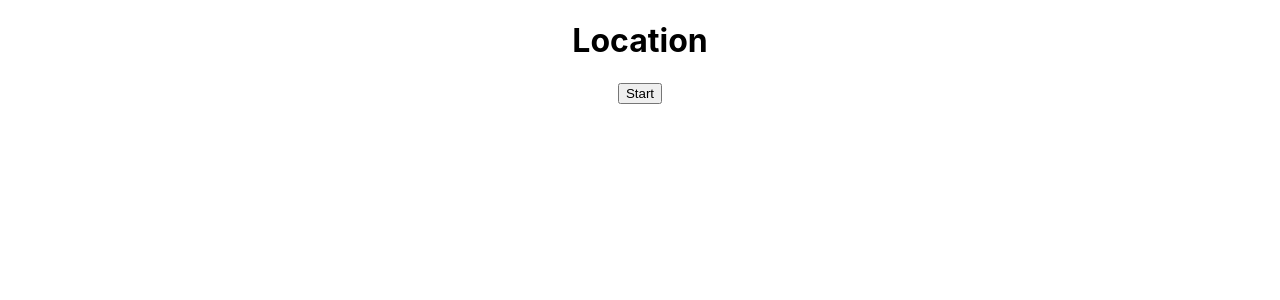
Repository: Imprasna/practising-API
Page: /
These files come from the project's save history. The page is drawn as it stood at one moment and after the next save; the edit follows.
The browser window is 1280 px wide. The pictures show the whole page.
The project was rebuilt for these pictures with package versions that can differ from the ones it lists, and the page was loaded fresh each time.

Above is the page before, as saved 2021-11-06 11:17:01.

### src/App.js
import './App.css';
import Get from './Get'

function App() {
  return (
    <div className="App">
      <Get />
    </div>
  );
}

export default App;

### src/Get.js
import React, {useState} from 'react';
import axios from 'axios';

const Get = () =>
{
    const [getPost, setGetPost] = useState([]);

    React.useEffect = (() =>
    {
        getData();
    }, []);


    const getData = async () =>
    {
        try {
            const res = await axios.get('http://api.weatherapi.com/v1/current.json?key=b572a200fc624a6a85671436211310&q=Coimbatore&aqi=yes')
            // console.log(res.data.current);
            // console.log(res.data.location);
            setGetPost(res.data);
            console.log(getPost);
            // console.log(res.data.current);
            // setGetPost({res});
        }
        catch (err) {

            console.log(err);
        }
    }
    console.log(getPost);

    return (
        <div>
            <h1>Location </h1>
            <button onClick={getData}>Start</button>
            <p>{ getPost != null && getPost.location != null && getPost.location.name != null && getPost.location.name ? getPost.location.name : undefined }</p>
            <p>{ getPost != null && getPost.location != null && getPost.location.region != null && getPost.location.region ? getPost.location.region : undefined }</p>
            <p>{ getPost != null && getPost.location != null && getPost.location.localtime != null && getPost.location.localtime ? getPost.location.localtime : undefined }</p>
            <p>{ getPost != null && getPost.location != null && getPost.location.tz_id != null && getPost.location.tz_id ? getPost.location.tz_id : undefined }</p>
            <p>{ getPost != null && getPost.location != null && getPost.location.country != null && getPost.location.country ? getPost.location.country : undefined }</p>
            {/* <p>{getPost.map((i) =>
            {
                return (
                    <p>{i }</p>
                )
            })}</p> */}
        </div>
    )
}

export default Get;

Loaded but not shown: public/index.html (common file); src/index.js (common file); src/index.css (common file); src/App.css (common file)

After the next save:
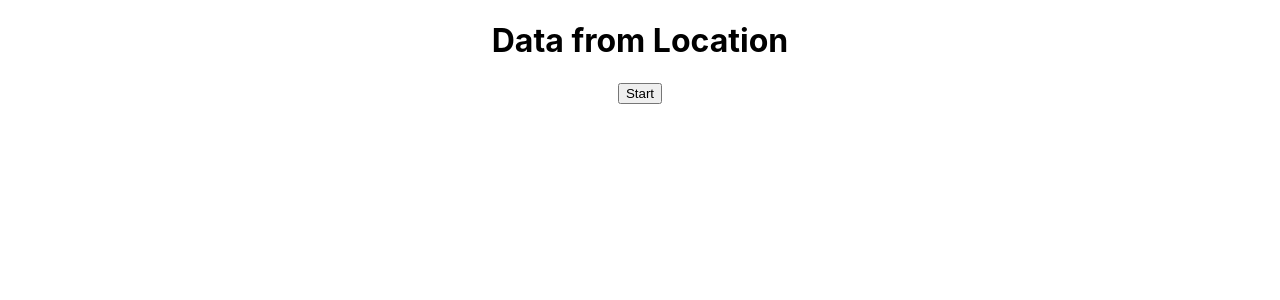
Saved 9 s later.
--- a/src/Get.js
+++ b/src/Get.js
@@ -31,7 +31,7 @@ const Get = () =>
 
     return (
         <div>
-            <h1>Location </h1>
+            <h1>Data from Location</h1>
             <button onClick={getData}>Start</button>
             <p>{ getPost != null && getPost.location != null && getPost.location.name != null && getPost.location.name ? getPost.location.name : undefined }</p>
             <p>{ getPost != null && getPost.location != null && getPost.location.region != null && getPost.location.region ? getPost.location.region : undefined }</p>
